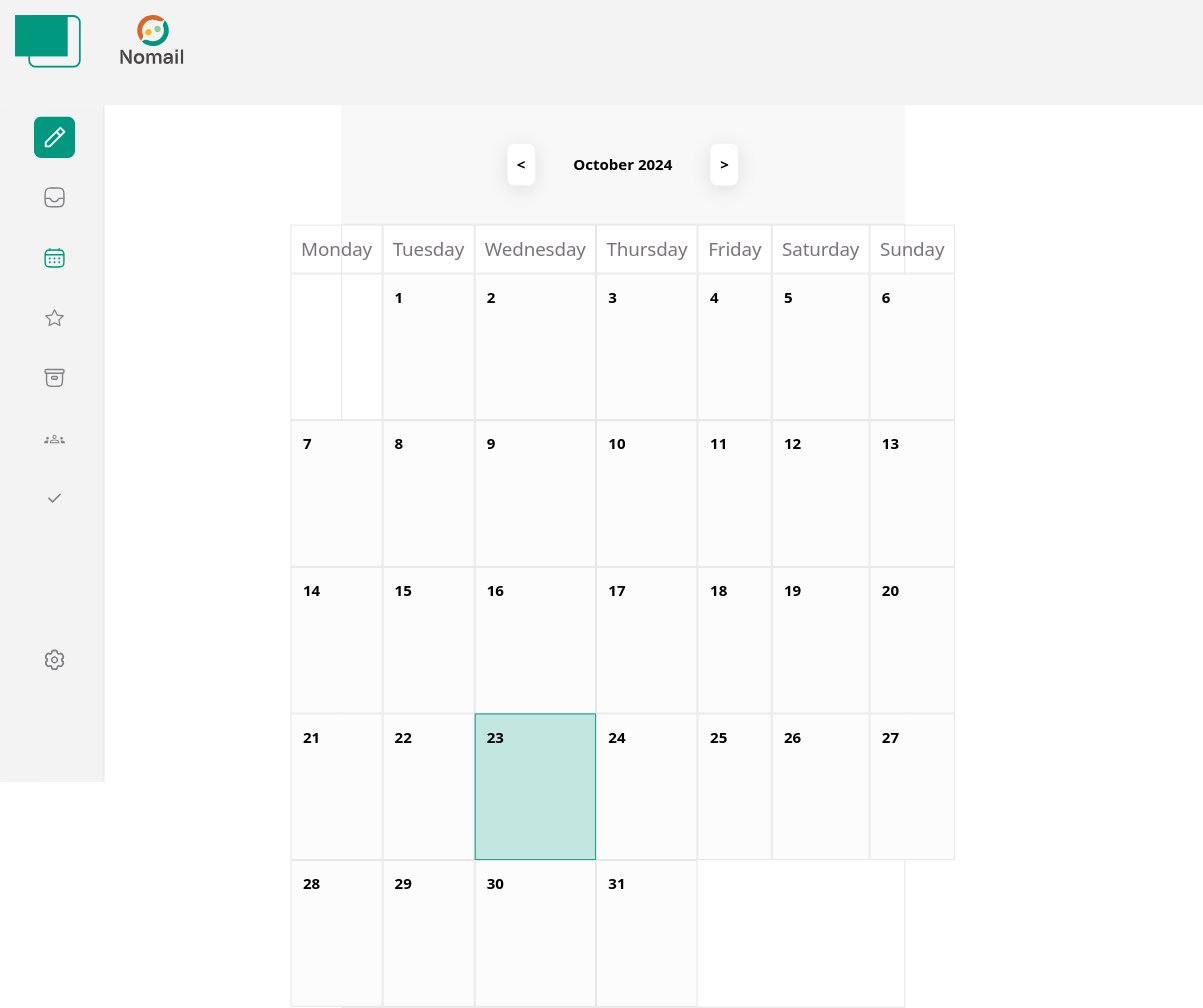
Repository: Tofigkh1/Nomail-App
Page: /calendar
An editor plug-in stored every save of this project. The page is shown before and after a run of saves, followed by the edit.
The browser window is 1280 px wide. The pictures show the whole page, at 94% of full size.
The project was rebuilt for these pictures with package versions that can differ from the ones it lists, and the page was loaded fresh each time. The framework's server and built-in components were replaced by stand-ins that run in the browser. Also part of the build but not shown: next.config.mjs, components/shared/svg/calendarSvg.jsx.

Above is the page before, as saved 2024-10-23 03:18:27.

After the next 2 saves:
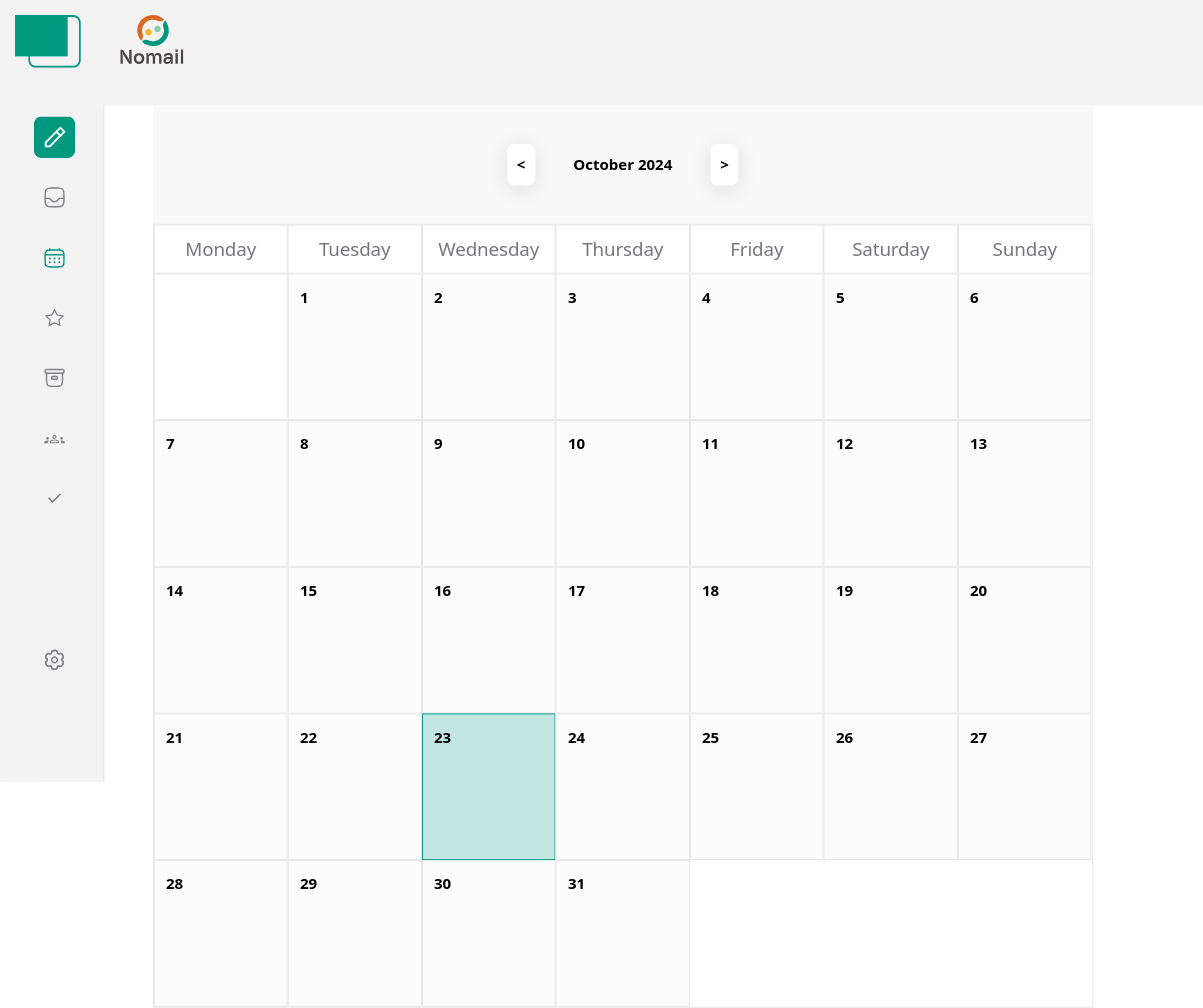
The 2 saves are shown as one change because they came seconds apart.
The last was saved 8 s later.
--- a/components/shared/client/Calendar/Calendar.css
+++ b/components/shared/client/Calendar/Calendar.css
@@ -1,5 +1,5 @@
 .calendar-container {
-    width: 600px;
+    width: 1000px;
     background-color: #f8f8f8;
     color: black;
     margin: 0 auto;
